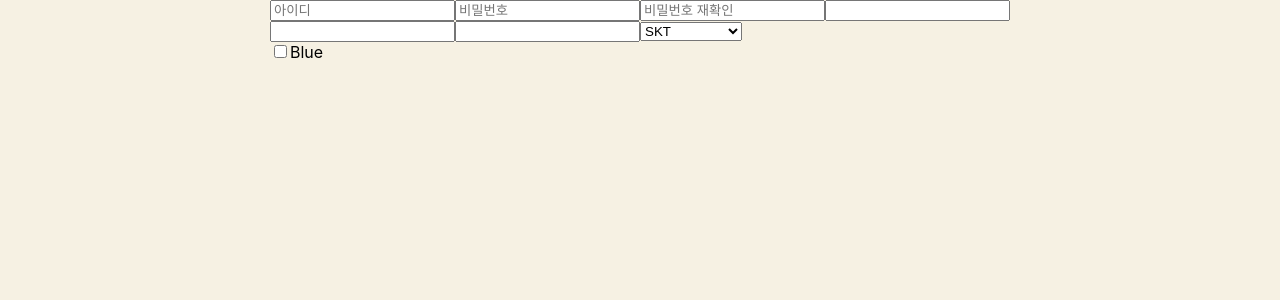
Repository: LeeYuNa0402/pokemon_vite
Page: /Createaccount
The author's editor kept a copy of each file at every save. The page is drawn from the files as they stood at one save, then again after the next save.
The browser window is 1280 px wide. The pictures show the whole page.
The project was rebuilt for these pictures with package versions that can differ from the ones it lists, and the page was loaded fresh each time. Also part of the build but not shown: vite.config.ts, src/CombineMenu.tsx, src/Loading.tsx, src/PokemonList.tsx, src/App.tsx, src/css/pokemon_type.css, src/PokemonDetail.tsx, src/Login.tsx and 1 more.

Above is the page before, as saved 2023-10-17 12:49:19.

### src/main.tsx
// import React from "react";
// import ReactDOM from "react-dom/client";
// import App from "./App.tsx";
// import "./index.css";

// ReactDOM.createRoot(document.getElementById("root")!).render(
//   <>
//     <App />
//   </>
// );

import ReactDOM from "react-dom/client";
import "./index.css";
import App from "./App";
import PokemonDetail from "./PokemonDetail";
import Login from "./Login";
import LoginInfo from "./LoginInfo";

import { createBrowserRouter, RouterProvider } from "react-router-dom";
import CreateAccount from "./CreateAccount";

const router = createBrowserRouter([
  {
    path: "/",
    element: <App />,
  },
  {
    path: ":name",
    element: <PokemonDetail />,
  },
  {
    path: "Login",
    element: <Login />,
  },
  {
    path: "LoginInfo",
    element: <LoginInfo />,
  },
  {
    path: "CreateAccount",
    element: <CreateAccount />,
  },
]);

// const router = createBrowserRouter([
//   {
//     path: "/",
//     element: <Login />,
//   },
//   {
//     path: ":name",
//     element: <PokemonDetail />,
//   },
//   {
//     path: "App",
//     element: <App />,
//   },
//   {
//     path: "LoginInfo",
//     element: <LoginInfo />,
//   },
// ]);

const root = ReactDOM.createRoot(
  document.getElementById("root") as HTMLElement
);
root.render(<RouterProvider router={router} />);

### src/CreateAccount.tsx
const CreateAccount = () => {
  return (
    <div className="CreateAccount">
      <form>
        <input type="text" placeholder="아이디" />
        <input type="password" placeholder="비밀번호" />
        <input type="password" placeholder="비밀번호 재확인" />
        <input type="text" />
      </form>

      <form>
        <input type="text" />
        <input type="생년월일 8자리" />
        <select>
          <option>SKT</option>
          <option>KT</option>
          <option>LG U+</option>
          <option>SKT 알뜰폰</option>
          <option>KT 알뜰폰</option>
          <option>LG U+ 알뜰폰</option>
        </select>
      </form>

      <form>
        <label>
          <input type="checkbox" value="blue" />
          Blue
        </label>
      </form>
    </div>
  );
};

export default CreateAccount;

### src/css/reset.css
html,
body,
div,
span,
applet,
object,
iframe,
h1,
h2,
h3,
h4,
h5,
h6,
p,
blockquote,
pre,
a,
abbr,
acronym,
address,
big,
cite,
code,
del,
dfn,
em,
img,
ins,
kbd,
q,
s,
samp,
small,
strike,
strong,
sub,
sup,
tt,
var,
b,
u,
i,
center,
dl,
dt,
dd,
ol,
ul,
li,
fieldset,
form,
label,
legend,
table,
caption,
tbody,
tfoot,
thead,
tr,
th,
td,
article,
aside,
canvas,
details,
embed,
figure,
figcaption,
footer,
header,
hgroup,
menu,
nav,
output,
ruby,
section,
summary,
time,
mark,
audio,
video {
  color: #000;
  margin: 0;
  padding: 0;
  border: 0;
  font-size: 100%;
  font: inherit;
  vertical-align: baseline;
  /* color: #000; */
}
/* HTML5 display-role reset for older browsers */
article,
aside,
details,
figcaption,
figure,
footer,
header,
hgroup,
menu,
nav,
section {
  display: block;
}
body {
  line-height: 1;
}
ol,
ul {
  list-style: none;
}
blockquote,
q {
  quotes: none;
}
blockquote:before,
blockquote:after,
q:before,
q:after {
  content: "";
  content: none;
}
table {
  border-collapse: collapse;
  border-spacing: 0;
}

### src/css/style.css
#root {
  display: flex;
  justify-content: center;
  align-items: flex-start;
  /* height: 100vh; */
  /* background-color: rgba(26, 82, 142, 1);
    background-image: linear-gradient(to top, #304667, #041f4c);
    background: linear-gradient(to top, #304667, rgba(66, 16, 100, 0.6)),
      url(../image/cloude.png) no-repeat right 0; */
  background-color: #f6f1e3;
  /* padding: 8rem 0 8rem; */
  min-height: 100vh;
  width: 100%;
}

.pokemon-detail {
  text-align: center;
  width: 41%;
  background-color: #fcfcfc;
  border-radius: 20px;
  padding: 4rem 0;
  --tw-shadow: 0 4px 6px -1px rgb(0 0 0 / 0.1), 0 2px 4px -2px rgb(0 0 0 / 0.1);
  --tw-shadow-colored: 0 4px 6px -1px var(--tw-shadow-color),
    0 2px 4px -2px var(--tw-shadow-color);
  box-shadow: var(--tw-ring-offset-shadow, 0 0 #0000),
    var(--tw-ring-shadow, 0 0 #0000), var(--tw-shadow);
}

.pokemon-detail .name {
  font-size: 2rem;
  font-weight: bold;
  color: #746b4a;
}

.pokemon-detail .detail-img {
  width: 20%;
  border: 1px solid #8d7e49;
  margin: 1rem 0;
  --tw-shadow: 0 4px 6px -1px rgb(0 0 0 / 0.1), 0 2px 4px -2px rgb(0 0 0 / 0.1);
  --tw-shadow-colored: 0 4px 6px -1px var(--tw-shadow-color),
    0 2px 4px -2px var(--tw-shadow-color);
  box-shadow: var(--tw-ring-offset-shadow, 0 0 #0000),
    var(--tw-ring-shadow, 0 0 #0000), var(--tw-shadow);
  border-radius: 2%;
}

.pokemon-detail .characteristic {
  color: #282828;
}

.pokemon-detail .go-back-btn {
  position: absolute;
  top: 31%;
  left: 68.4%;
  transform: translate(-50%);
  background-color: #484848;
  /* width: 35px; */
  /* height: 35px; */
  border: none;
  border: 1px solid #484848;
  cursor: pointer;
  border-radius: 5px;
  transition: 0.3s;
  color: #fff;
  padding: 0.4rem 0.8rem;
}

.pokemon-detail .go-back-btn:hover {
  background-color: #fff;
  color: #000;
}

.pokemon-list {
  /* max-width: 1400px; */
  width: 100%;
  width: 1400px;
  margin-top: 11%;
}

.pokemon-list h1 {
  /* color: #ffc400;
    list-style: none;
    padding-left: 0px;
    text-align: center;
    margin-top: 0;
    font-size: 3rem;
    font-weight: bold; */
  /* padding-top: 5rem; */
}

.pokemon-list .order {
  font-size: 0.9rem;
  color: #b0a48b;
  position: absolute;
  top: 5%;
  left: 5%;
}

.pokemon-list .name {
  color: #746b4a;
}
.main-tit {
  text-align: center;
  color: #4c411a;
  font-size: 3rem;
  font-weight: bold;
}

.pokemon-cont {
  display: flex;
  justify-content: flex-start;
  align-items: center;
  flex-wrap: wrap;
  list-style: none;
  padding-left: 0px;
  margin-top: 3rem;
  padding-bottom: 9rem;
}

.pokemon-cont li {
  position: relative;
  background-color: #fcfcfc;
  width: 24%;
  padding: 2rem 1rem;
  margin-bottom: 1rem;
  margin-right: 1%;
  text-align: center;
  cursor: pointer;
  transition: 0.3s;
  color: #6e623c;
  font-weight: bold;
  font-size: 1.1rem;
  --tw-shadow: 0 4px 6px -1px rgb(0 0 0 / 0.1), 0 2px 4px -2px rgb(0 0 0 / 0.1);
  --tw-shadow-colored: 0 4px 6px -1px var(--tw-shadow-color),
    0 2px 4px -2px var(--tw-shadow-color);
  box-shadow: var(--tw-ring-offset-shadow, 0 0 #0000),
    var(--tw-ring-shadow, 0 0 #0000), var(--tw-shadow);
  border-radius: 18px;
  box-sizing: border-box;
}

.pokemon-cont li:hover {
  transform: scale(1.05);
}

.pokemon-cont li:nth-child(4n) {
  margin-right: 0;
}

.pokemon-detail {
  text-align: center;
  margin: 29vh 0;
}
.pokemon-name {
  font-size: 2rem;
  font-weight: bold;
  color: #ffc400;
}

.main-cha {
  border: 1px solid gray;
  padding: 3rem;
  margin: 1rem 0;
  transition: 0.2s;
  --tw-shadow: 0 4px 6px -1px rgb(0 0 0 / 0.1), 0 2px 4px -2px rgb(0 0 0 / 0.1);
  --tw-shadow-colored: 0 4px 6px -1px var(--tw-shadow-color),
    0 2px 4px -2px var(--tw-shadow-color);
  box-shadow: var(--tw-ring-offset-shadow, 0 0 #0000),
    var(--tw-ring-shadow, 0 0 #0000), var(--tw-shadow);
}

.main-cha:hover {
}

.s-cha {
  border: 1px solid #e8e8e8;
  padding: 1rem;
  margin-right: 1%;
  background-color: #fafafa;
  transition: 0.2s;
  margin-top: 3rem;
}
.s-cha:last-child {
  margin-right: 0;
  margin-top: 1%;
}
.s-cha:hover {
  --tw-shadow: 0 4px 6px -1px rgb(0 0 0 / 0.1), 0 2px 4px -2px rgb(0 0 0 / 0.1);
  --tw-shadow-colored: 0 4px 6px -1px var(--tw-shadow-color),
    0 2px 4px -2px var(--tw-shadow-color);
  box-shadow: var(--tw-ring-offset-shadow, 0 0 #0000),
    var(--tw-ring-shadow, 0 0 #0000), var(--tw-shadow);
}

.abilities {
  display: flex;
  justify-content: center;
  align-items: center;
}
.abilities > div {
  margin-right: 5px;
}

/* ***********************login 페이지************************* */
.Login {
  /* background-color: #f5f5f9;
    width: 100%;
    height: 100vh;
    padding-top: 23vh; */
  padding: 12rem 0;
}
.login-cont {
  background-color: #fcfcfc;
  width: 20%;
  margin: 0 auto;
  padding: 1rem;
  /* text-align: center; */
  padding: 3.5rem 3rem 5rem;
  --tw-shadow: 0 4px 6px -1px rgb(0 0 0 / 0.1), 0 2px 4px -2px rgb(0 0 0 / 0.1);
  --tw-shadow-colored: 0 4px 6px -1px var(--tw-shadow-color),
    0 2px 4px -2px var(--tw-shadow-color);
  box-shadow: var(--tw-ring-offset-shadow, 0 0 #0000),
    var(--tw-ring-shadow, 0 0 #0000), var(--tw-shadow);
  border-radius: 10px;
  color: #373737;
}

.forgot-pass {
  position: absolute;
  right: 0;
  top: 0;
  color: #696cff;
  font-size: 0.8rem;
}

.password-wrap {
  position: relative;
}
.fontawesome-eye {
  position: absolute;
  right: 2%;
  padding: 5px;
  /* border: 1px solid red; */
  top: 37%;
  cursor: pointer;
}
.Login .pokemon-logo {
  width: 43%;
  display: block;
  margin: 0 auto 2rem;
}

.Login h2 {
  font-size: 1.2rem;
  margin-bottom: 0.2rem;
}

.Login p {
  font-size: 1rem;
}
.Login form {
  margin: 2rem 0 1.3rem;
}
.Login form input {
  width: 100%;
  padding: 0.6rem 0.2rem;
  margin-top: 7px;
  border-radius: 7px;
  outline: 0;
  border: 1px solid #c7cdd4;
  border-radius: 0.375rem;
  box-sizing: border-box;
  background-color: rgb(216 216 216 / 30%);
  color: #656565;
}

.Login form input:focus {
  outline: none;
  border-color: #696cff !important;
}

.Login form label {
  display: block;
  text-align: left;
  font-weight: bold;
  color: #4f4d4d;
  cursor: pointer;
}

.Login .sign-in {
  display: block;
  margin: 0 auto;
  background: linear-gradient(to bottom, rgb(57 42 88) 0%, rgb(68 79 116) 100%);
  color: white;
  padding: 10px 30px;
  border: 1px solid rgba(0, 0, 0, 0.21);
  border-bottom: 4px solid rgb(39 49 83);
  border-radius: 4px;
  text-shadow: 0 1px 0 rgba(0, 0, 0, 0.15);
  transition: 0.3s;
  width: 100%;
  cursor: pointer;
}

.Login .sign-in:hover {
  transform: translateY(5px);
  background: linear-gradient(to bottom, rgb(48 34 76) 0%, rgb(60 72 112) 100%);
}

.Login .check-remember input {
  width: auto;
}

.Login label {
  font-size: 0.9rem;
}

.Login input {
  margin-bottom: 15px;
}
.Login input[type="password"] {
  /* margin-bottom: 8px; */
}

.Login input[type="checkbox"] {
  margin-right: 5px;
}

button[disabled] {
  background: linear-gradient(
    to bottom,
    rgb(196 200 203) 0%,
    rgb(154 154 154) 100%
  ) !important;
  cursor: default !important;
  border-bottom: 4px solid rgb(142 145 146) !important;
}
button[disabled]:hover {
  transform: translateY(0) !important;
}
.create-account-wrap {
  text-align: center;
  margin-top: 1rem;
}
.create-account {
  color: #696cff;
}

/* ***********************LoginInfo 페이지************************* */
.logininfo {
  text-align: center;
  background-color: #ededed;
  padding: 5rem;
  border-radius: 15px;

  width: 19%;
}

.logininfo .member {
  font-size: 1.8rem;
  font-weight: bold;
  margin-bottom: 6rem;
}

.logininfo button {
  margin: 0 auto;
  color: white;
  border: 1px solid rgba(0, 0, 0, 0.21);
  border-radius: 4px;
  text-shadow: 0 1px 0 rgba(0, 0, 0, 0.15);
  transition: 0.3s;
  width: 49%;
  cursor: pointer;
  height: 45px;
  line-height: 44px;

  background: linear-gradient(to bottom, rgb(57 42 88) 0%, rgb(68 79 116) 100%);
  border: 1px solid rgba(0, 0, 0, 0.21);
  border-bottom: 4px solid rgb(39 49 83);
}

.logininfo button:first-child {
  margin-right: 1%;
}

/* .combine-menu */
.combine-menu {
  width: 100%;
  position: fixed;
  top: 0;
  height: 60px;
}

.combine-menu .login {
}

.combine-menu .profile {
  color: #fff;
  position: absolute;
  right: 2%;
  top: 50%;
  transform: translateY(-50%);
  display: flex;
  justify-content: space-around;
  align-items: center;
  width: 10%;
}
.combine-menu .profile .profile-name {
  text-shadow: 0 0 4px #fff;
  animation: flicker 3s infinite alternate;
  display: flex;
  justify-content: center;
  align-items: center;
  color: #fff;
}

.combine-menu .profile .name img {
  vertical-align: sub;
  margin-right: 5px;
}

@keyframes flicker {
  /* 0%,
    18%,
    22%,
    25%,
    53%,
    57%,
    100% {
      text-shadow: 0 0 4px #fff, 0 0 11px #fff, 0 0 20px rgb(241, 255, 43);
    }
    20%,
    24%,
    55% {
      text-shadow: none;
    } */
  50% {
    /* opacity: 0; */
    text-shadow: none;
  }
}

.combine-menu {
  width: 100%;
  background-color: #282828;
  position: fixed;
  left: 0;
  top: 0;
  display: flex;
  justify-content: center;
  align-items: center;
  color: #fff;
  z-index: 2;
}

.combine-menu .login {
  cursor: pointer;
  color: #fff;
  transition: 0.2s;
}

.combine-menu .login:hover {
  color: #f6c50b;
}

.combine-menu .logo {
  width: 4%;
}

.appear {
  display: block;
}

.disappear {
  display: none;
}

/* loading */
.loading {
  font-size: 4rem;
  color: #000;
  font-weight: bold;
  text-align: center;
}

.pokemon-search {
  text-align: center;
  margin-top: 3rem;
}

.pokemon-search label {
  margin-left: 1rem;
  font-weight: bold;
  color: #5e5534;
}

.pokemon-search input {
  width: 220px;
}
.pokemon-search select {
  width: 80px;
}

.pokemon-search input::placeholder {
  padding-left: 8px;
}

.pokemon-search input,
.pokemon-search select {
  margin-left: 7px;
  border-radius: 5px;
  border: 1px solid #8d8d8d;
  height: 35px;
  background-color: #fffbf0;
  color: #000;
}
.pokemon-search input:focus,
.pokemon-search select:focus {
  outline: none;
}

Loaded but not shown: index.html (common file); src/index.css (common file)

After the next save:
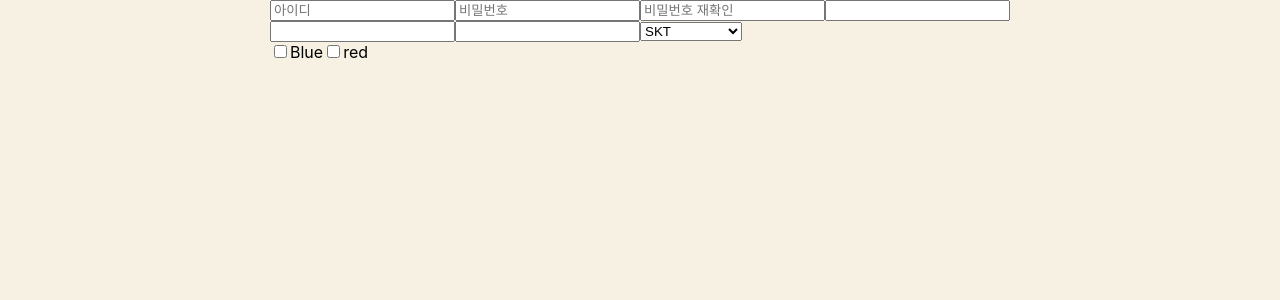
Saved 3 min 38 s later.
--- a/src/CreateAccount.tsx
+++ b/src/CreateAccount.tsx
@@ -26,6 +26,10 @@
           <input type="checkbox" value="blue" />
           Blue
         </label>
+        <label>
+          <input type="checkbox" value="red" />
+          red
+        </label>
       </form>
     </div>
   );
